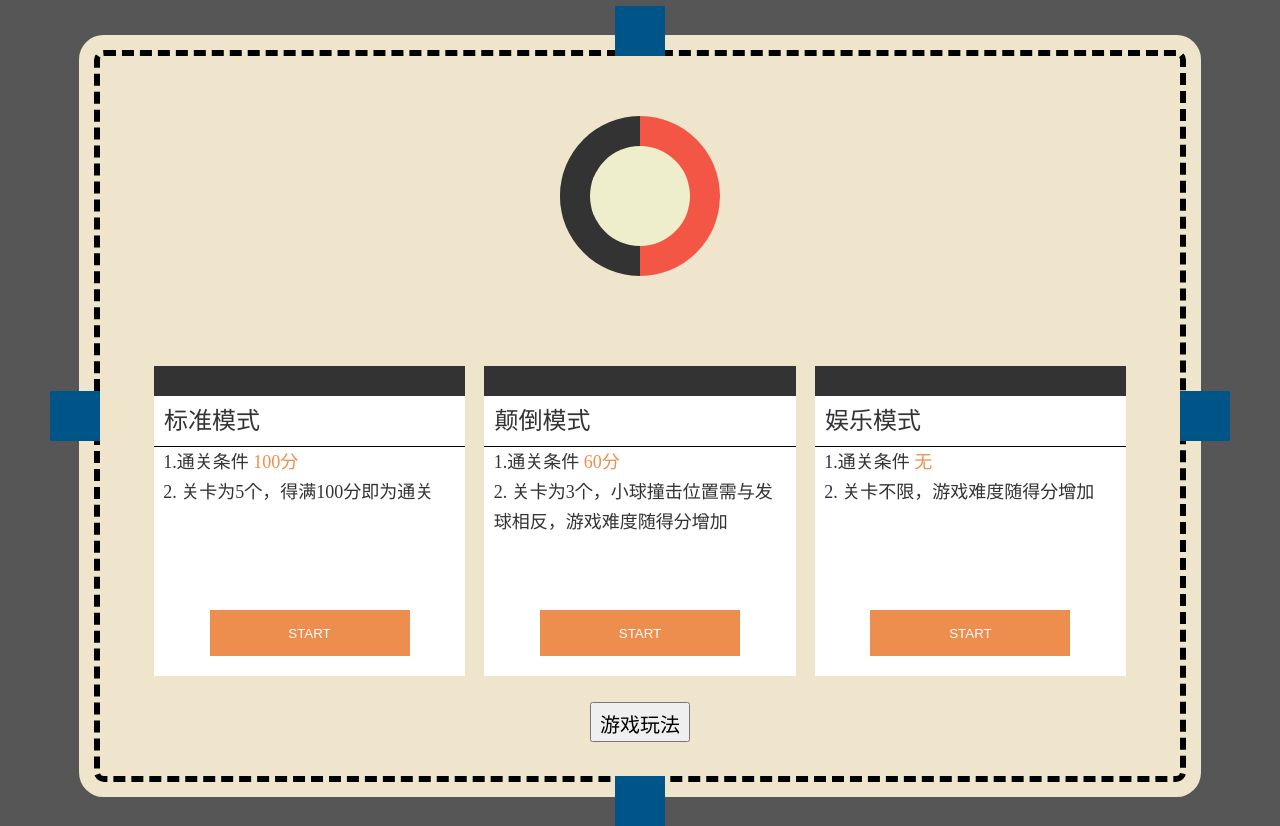
Repository: EEETA/ball-game
Page: theBall2/index.html
The author's editor kept a copy of each file at every save. The page is drawn from the files as they stood at one save, then again after the next save.
The browser window is 1280 px wide. The pictures show the whole page.

Above is the page before, as saved 2018-08-04 00:45:05.

After the next save:
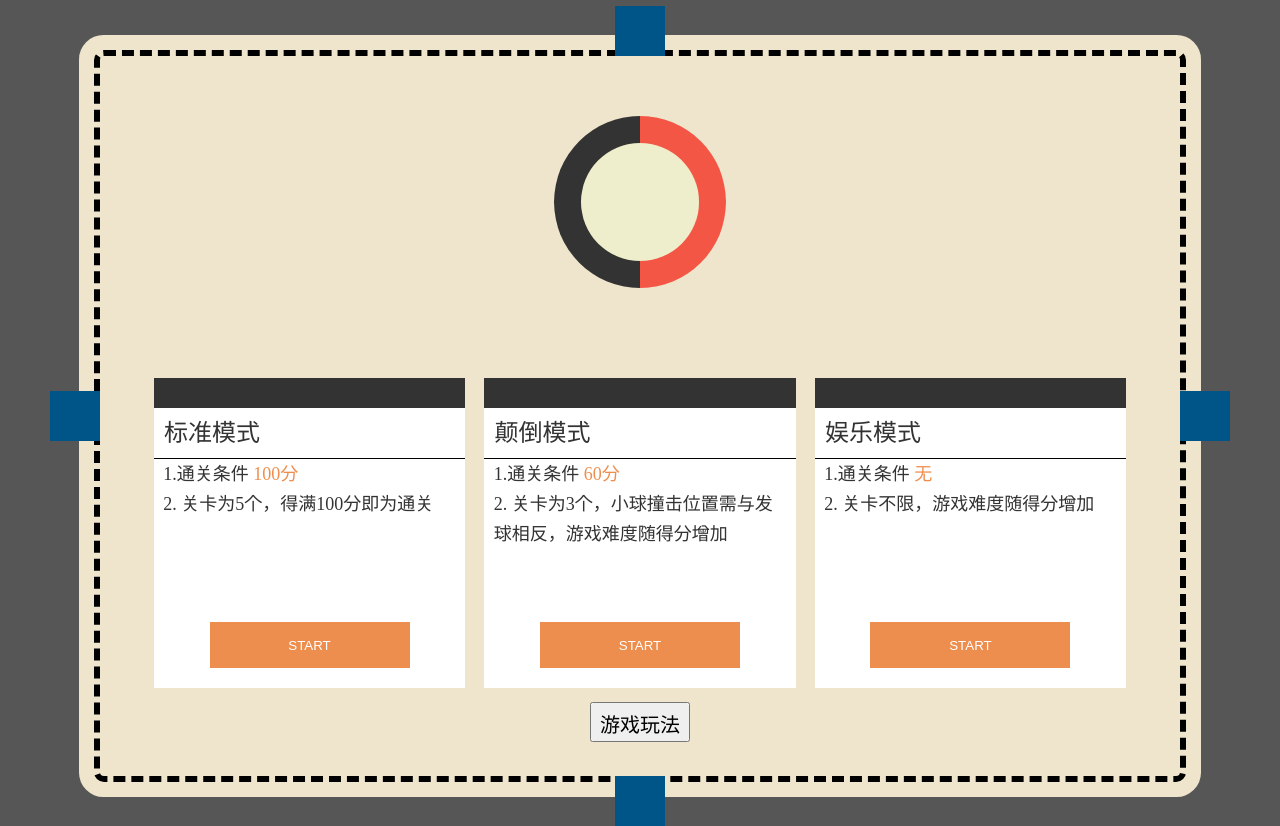
Saved 36 s later.
--- a/theBall2/style/index.css
+++ b/theBall2/style/index.css
@@ -18,8 +18,8 @@ button{outline: none;}
 /*两种小球制作*/
 .ball{
     position: relative;
-    width: 160px;
-    height: 160px;
+    width: 172px;
+    height: 172px;
     margin:60px auto 0;
     /* transform:rotate(0deg);
     -ms-transform:rotate(0deg);
@@ -34,8 +34,8 @@ button{outline: none;}
 }
 .redPart,.blackPart{
     position: relative;
-    height: 160px;
-    width: 160px;
+    height: 172px;
+    width: 172px;
     border-radius:50%
 }
 .redPart{background: #f45646;}
@@ -44,10 +44,10 @@ button{outline: none;}
 .blackPart{background: #2aa1a7;top:-100%} */
 .middlePart{
     position: absolute;
-    left: 30px;
-    top: 30px;
-    width: 100px;
-    height:100px;
+    left: 27px;
+    top: 27px;
+    width: 118px;
+    height:118px;
     border-radius: 50%;
     background:#eec;
 }
